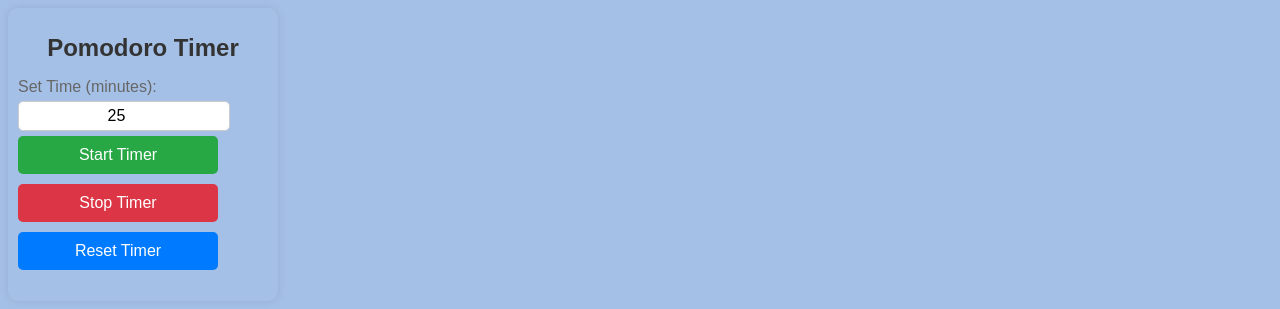
Repository: Prateek09102001/POMODORO-TIMER-UPDATEED-EXTENSIONS
Page: popup.html
These files come from the project's save history. The page is drawn as it stood at one moment and after the next save; the edit follows.
The browser window is 1280 px wide. The pictures show the whole page.

Above is the page before, as saved 2024-09-30 18:56:20.

After the next save:
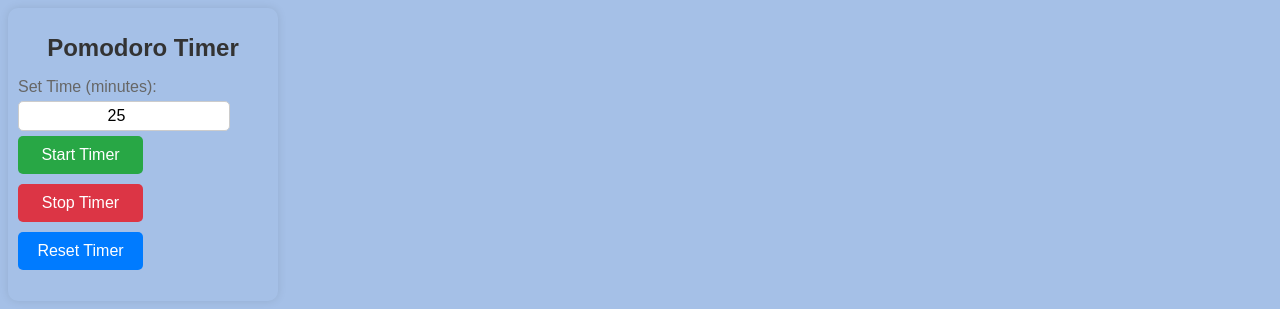
Saved 39 s later.
--- a/style.css
+++ b/style.css
@@ -29,7 +29,7 @@ input[type="number"] {
 }
 
 button {
-    width: 80%;
+    width: 50%;
     padding: 10px;
     margin: 5px auto;
     border: none;
